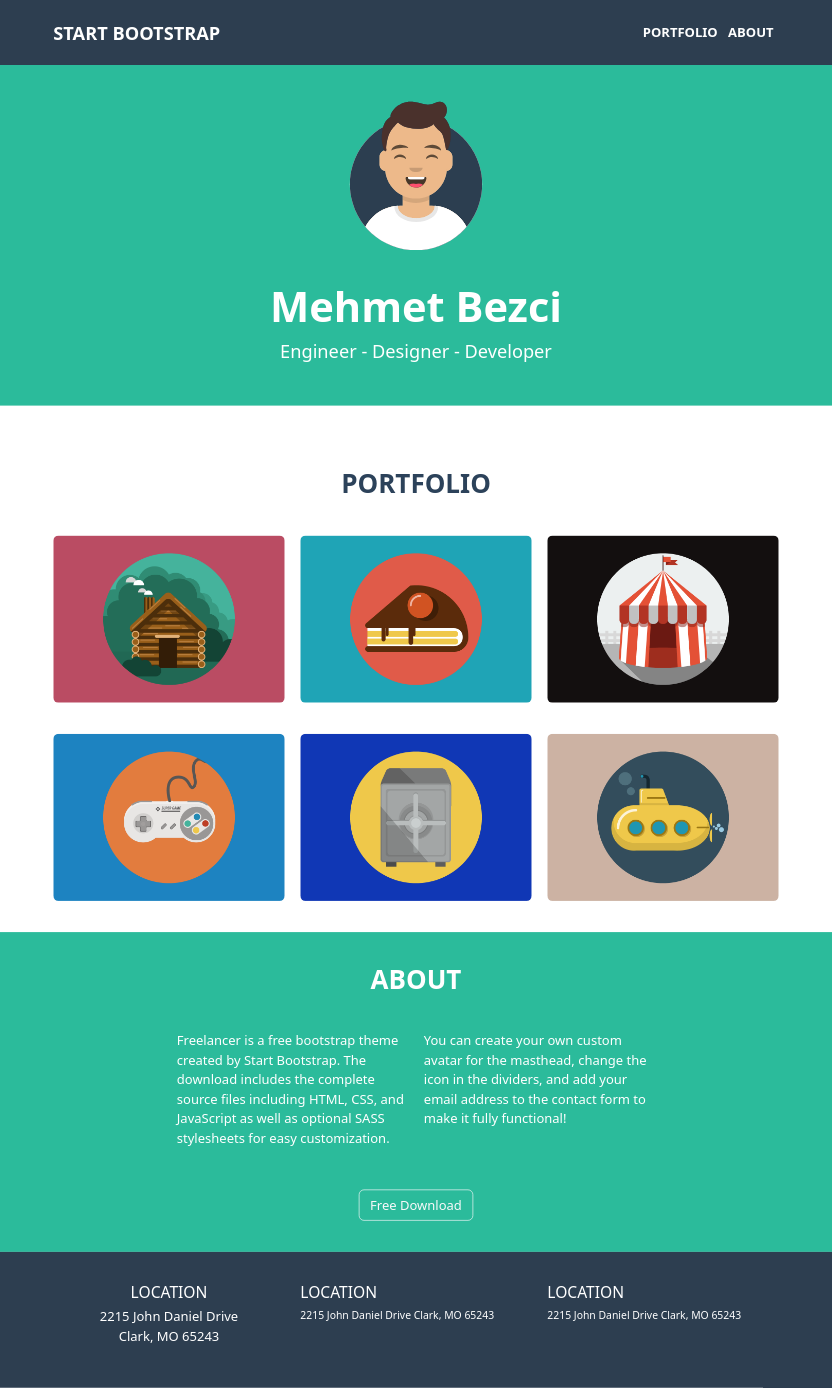
Repository: 7JaxeN7/WT-1255P-Mehmet_BEZC-
Page: index.html
An editor plug-in stored every save of this project. The page is shown before and after the next save, followed by the edit.
The browser window is 1280 px wide. The pictures show the whole page, at 65% of full size.

Above is the page before, as saved 2025-01-07 00:39:09.

After the next save:
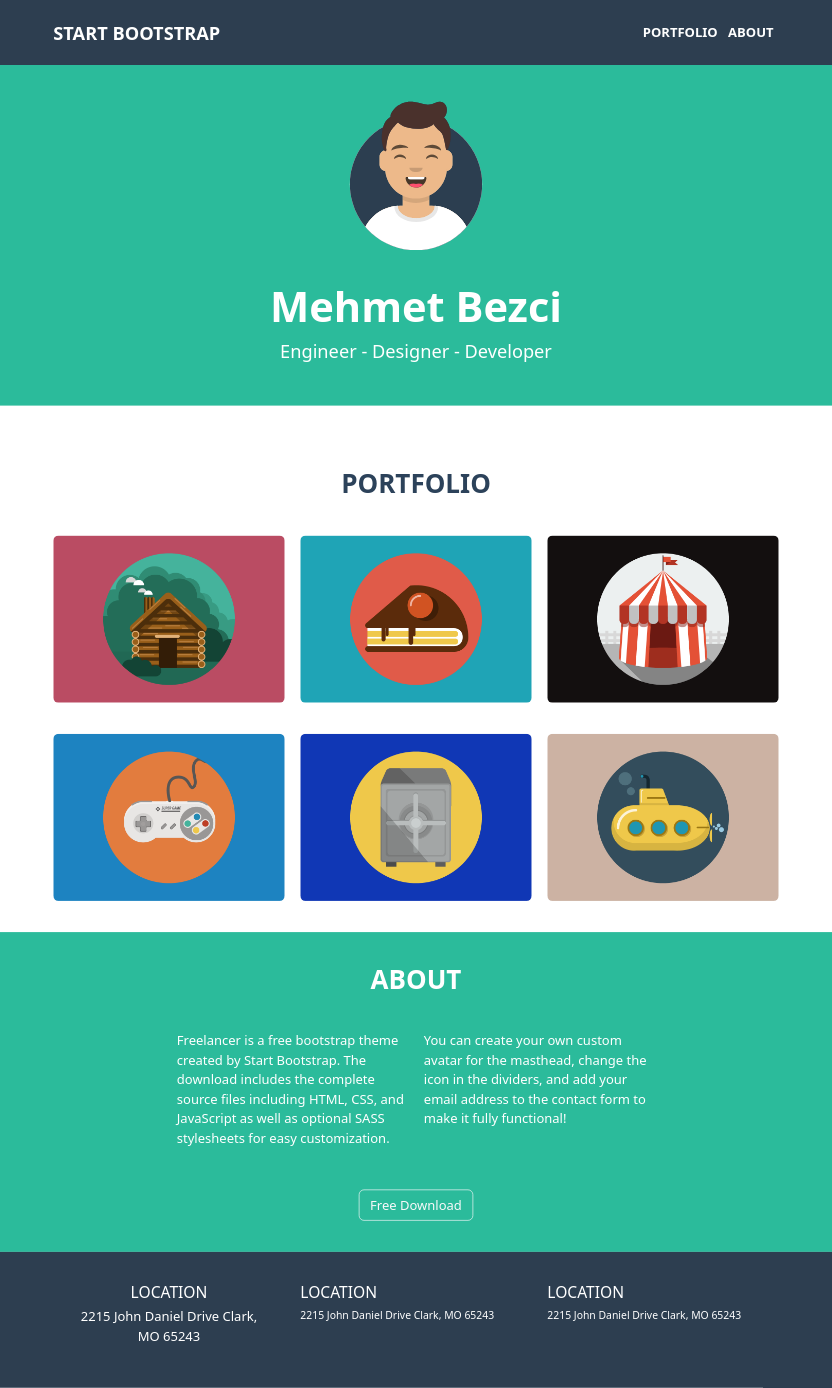
Saved 46 s later.
--- a/index.html
+++ b/index.html
@@ -95,7 +95,7 @@
     <div class="footer-section pt-5 pb-5">
       <div class="container">
         <div class="row">
-          <div class="col-lg-4 text-center px-3">
+          <div class="col-lg-4 text-center px-1">
             <h5 class="fs-4 text-white fs-4">LOCATION</h5>
             <p class="text-white fs-5 px-5">
               2215 John Daniel Drive

After the save that followed:
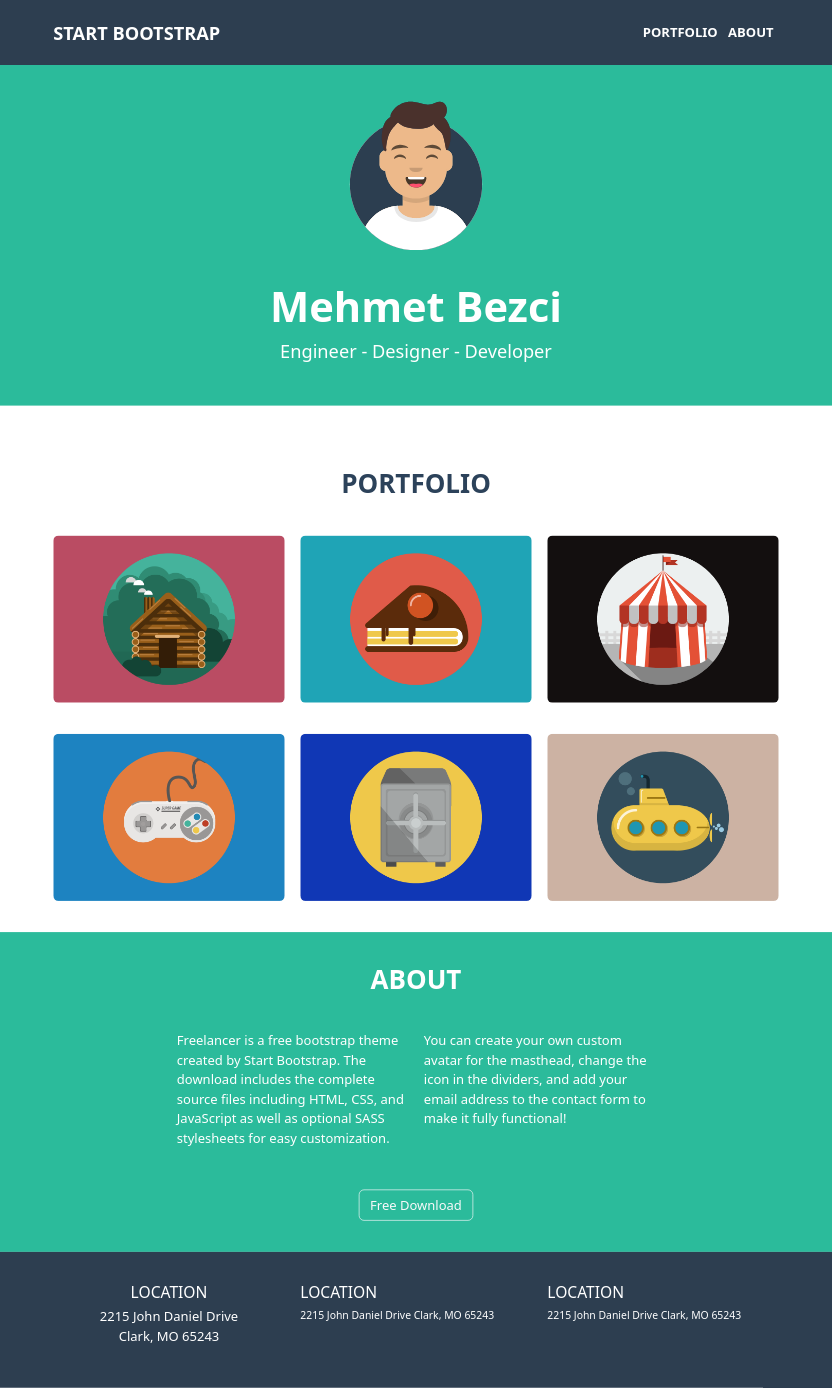
Saved 5 s later.
--- a/index.html
+++ b/index.html
@@ -95,7 +95,7 @@
     <div class="footer-section pt-5 pb-5">
       <div class="container">
         <div class="row">
-          <div class="col-lg-4 text-center px-1">
+          <div class="col-lg-4 text-center px-3">
             <h5 class="fs-4 text-white fs-4">LOCATION</h5>
             <p class="text-white fs-5 px-5">
               2215 John Daniel Drive
